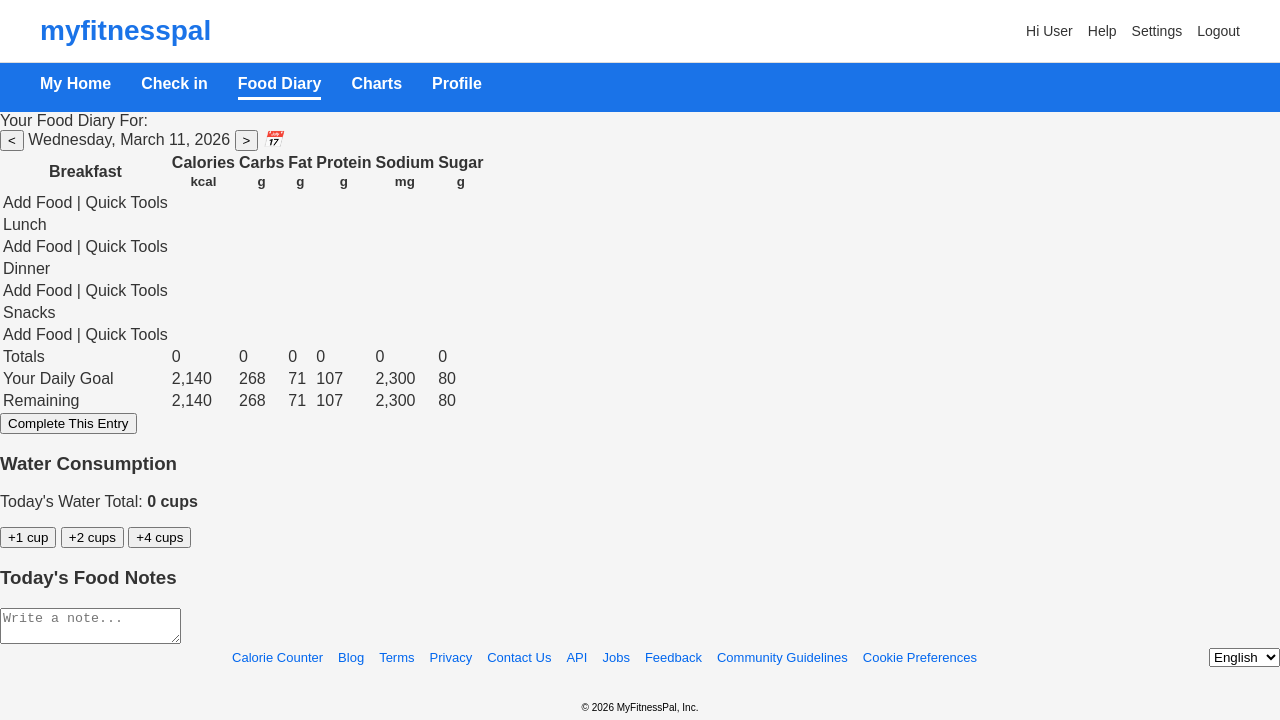
Repository: kem85/Web-Project
Page: Food-Diary.html
An editor plug-in stored every save of this project. The page is shown before and after the next save, followed by the edit.
The browser window is 1280 px wide. The pictures show the whole page.

Above is the page before, as saved 2026-03-11 14:57:55.

After the next save:
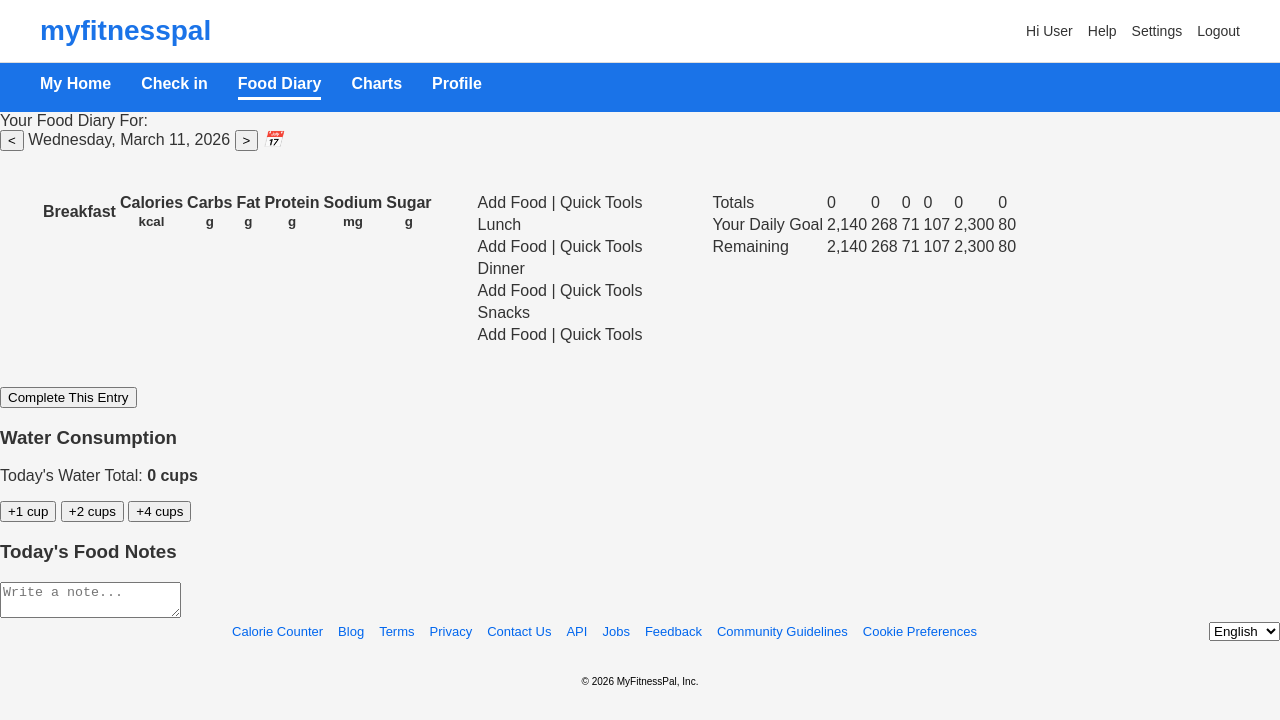
Saved 5 s later.
--- a/Food-Diary.html
+++ b/Food-Diary.html
@@ -49,7 +49,7 @@
             </div>
         </header>
 
-        <table class="food-table">
+        <table class="dashboard">
             <thead>
                 <tr>
                     <th class="meal-col">Breakfast</th>
